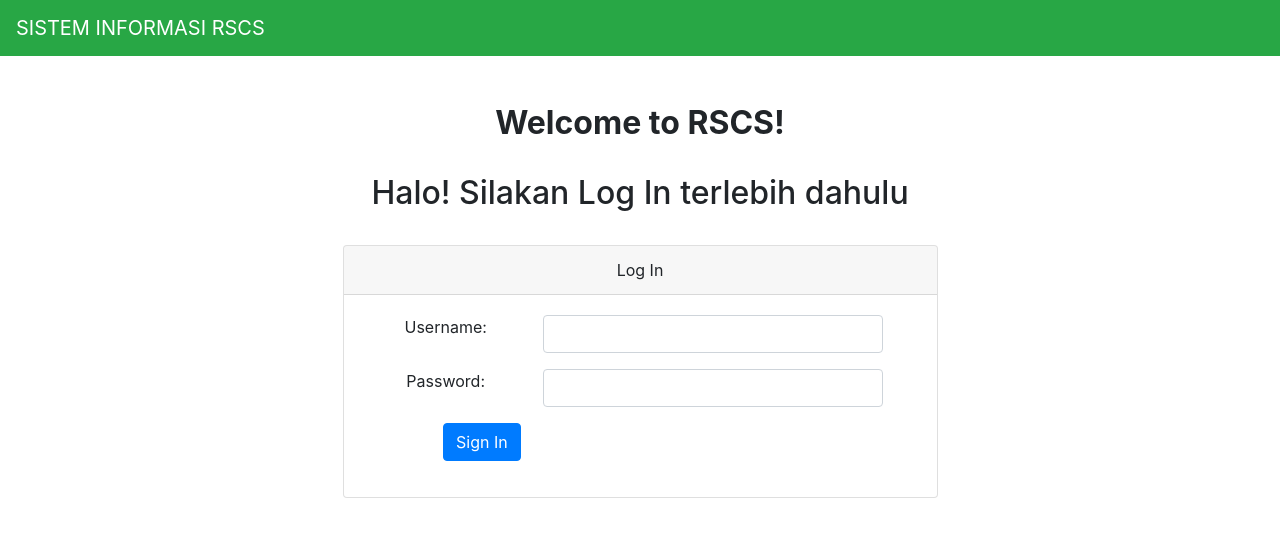
Repository: usamah1707/Tugas-Akhir-Kelompok-6
Page: http://localhost/login
An editor plug-in stored every save of this project. The page is shown before and after the next save, followed by the edit.
The browser window is 1280 px wide. The pictures show the whole page.
The page is this project's Thymeleaf template; nobody is signed in. The template is opened directly, without the code that normally fills it, so the values that code supplies are empty.

Above is the page before, as saved 2019-06-04 07:39:58.

### TA_6/src/main/resources/templates/login.html
<!DOCTYPE html>
<html xmlns:th="http://www.thymeleaf.org">

<head>
<title>Home</title>

<object th:include="fragments/fragment :: css" th:remove="tag"></object>
<object th:include="fragments/fragment :: js" th:remove="tag"></object>
</head>

<nav th:replace="fragments/login-frag :: navbar"></nav>

<body>
	<div class="container-fluid">

		<div class="row">
			<span class="col-md-3"></span>
			<div class="col-md-12">
				<br> &nbsp
				<h2 align="center">
					<strong>Welcome to RSCS!</strong>
				</h2>
				<br>
				<div class="row" align="center">
					<div class="col-md-12">

						<div class="container-fluid">
							<h2 align="center">Halo! Silakan Log In terlebih dahulu</h2>
							<br>
							<div class="row">
								<span class="col-md-3"></span>
								<div class="col-md-6">

									<div class="card">
										<div class="card-header">Log In</div>
										<div class="card-body">
											<div th:if="${param.error}">
												<span style="color: red">Invalid username or password</span>
											</div>
											<form th:action="@{/login}" method="POST">
												<div class="row form-group">
													<label class="col-sm-4">Username:</label> <input
														type="text" class="col-sm-7 form-control input-sm"
														name="username">
												</div>
												<div class="row form-group">
													<label class="col-sm-4">Password:</label> <input
														type="password" class="col-sm-7 form-control input-sm"
														name="password">
												</div>
												<div class="row form-group">


													&nbsp &nbsp &nbsp &nbsp &nbsp &nbsp &nbsp &nbsp &nbsp &nbsp &nbsp
													<button type="submit" class="btn btn-primary"
														align="center">Sign In</button>
												</div>
											</form>
											<div class="container-fluid"></div>
										</div>
									</div>
								</div>
							</div>
</body>

</html>

### TA_6/src/main/resources/templates/fragments/fragment.html
<!DOCTYPE html>
<html xmlns:th="http://www.thymeleaf.org">

<head>
    <title>Home</title>
	<head th:fragment="metas">
		<meta charset="utf-8">
    	<meta name="viewport" content="width=device-width, initial-scale=1, shrink-to-fit=no">
	</head>
    <head th:fragment="css">
    	<link rel="stylesheet" th:href="@{/css/style.css}">
        <link rel="stylesheet" th:href="@{/css/bootstrap.min.css}">

    </head>

    <head th:fragment="js">
    	<script
  src="https://code.jquery.com/jquery-3.3.1.js"
  integrity="sha256-2Kok7MbOyxpgUVvAk/HJ2jigOSYS2auK4Pfzbm7uH60="
  crossorigin="anonymous"></script>
        <script th:src="@{/js/bootstrap.min.js}"></script>
    </head>
</head>

<body>
    <nav th:fragment="navbar" class="navbar navbar-expand-lg navbar-dark bg-success">
        <a class="navbar-brand" th:href="@{/}">RSCS</a>
        <div class="collapse navbar-collapse" id="navbarSupportedContent">
            <ul class="navbar-nav mr-auto">
                <li class="nav-item active">
                    <a class="nav-link" th:href="@{/}">Home</a>
                </li>

                <li class="nav-item active">
                    <a class="nav-link" th:href="@{/lab/kebutuhan}">Reagen</a>
                </li>
                 <li class="nav-item active">
                    <a class="nav-link" th:href="@{/lab/pemeriksaan}">Lab</a>
                </li>
                <li class="nav-item active">
                    <a class="nav-link" th:href="@{/lab/jadwal-jaga/view}">Jadwal Jaga</a>
                </li>
                 <li class="nav-item active">
                    <a class="nav-link" th:href="@{/lab/stok}">Stock Lab</a>
                </li>
            </ul>
            <ul class="navbar-nav pull-right">
            	<li class="nav-item active">
            		<a class="nav-link" th:href="@{/logout}">Logout</a>
            	</li>
            </ul>
        </div>
    </nav>
</body>

</html>

### TA_6/src/main/resources/templates/fragments/login-frag.html
<!DOCTYPE html>
<html xmlns:th="http://www.thymeleaf.org">

<head>
    <title>Home</title>
    <head th:fragment="metas">
        <meta charset="utf-8">
        <meta name="viewport" content="width=device-width, initial-scale=1, shrink-to-fit=no">
    </head>
    <head th:fragment="css">
        <link rel="stylesheet" th:href="@{/css/style.css}">
        <link rel="stylesheet" th:href="@{/css/bootstrap.min.css}">

    </head>

    <head th:fragment="js">
        <script
                src="https://code.jquery.com/jquery-3.3.1.js"
                integrity="sha256-2Kok7MbOyxpgUVvAk/HJ2jigOSYS2auK4Pfzbm7uH60="
                crossorigin="anonymous"></script>
        <script th:src="@{/js/bootstrap.min.js}"></script>
    </head>
</head>

<body>
<nav th:fragment="navbar" class="navbar navbar-expand-lg navbar-dark bg-success">
    <a class="navbar-brand" style="text-align-all: center" th:href="@{/}">SISTEM INFORMASI RSCS</a>
</nav>
</body>

</html>

### TA_6/src/main/resources/static/css/style.css
body {
  background: #34495e;
  font: normal 300 18px "Roboto", sans-serif;
}

#menu-nav {
  max-width: 1000px;
  margin: 130px auto;
  background-color: #ecf0f1;
  border-radius: 4px;
  box-shadow: 0 2px 5px rgba(0, 0, 0, 0.3);
}

#navigation-bar ul {
  border-radius: 4px;
  overflow: hidden;
}
#navigation-bar li {
  float: left;
  width: 20%;
}
#navigation-bar li:hover a::before {
  right: 0;
  left: 0;
}
#navigation-bar a {
  color: #848484;
  font-size: 20px;
  text-decoration: none;
  text-align: center;
  padding: 20px 0;
  display: block;
  position: relative;
  transition: all 0.3s ease;
}
#navigation-bar a:hover {
  color: #e74c3c;
}
#navigation-bar a::before {
  content: "";
  transition: all 0.4s ease-in-out;
  position: absolute;
  right: 50%;
  left: 50%;
  bottom: 0;
  height: 2px;
  background-color: #e74c3c;
}
#navigation-bar a:hover::before {
  right: 0;
  left: 0;
}

li {
	list-style: none;
}

Loaded but not shown: TA_6/src/main/resources/static/css/bootstrap.min.css (library); TA_6/src/main/resources/static/js/bootstrap.min.js (library)

After the next save:
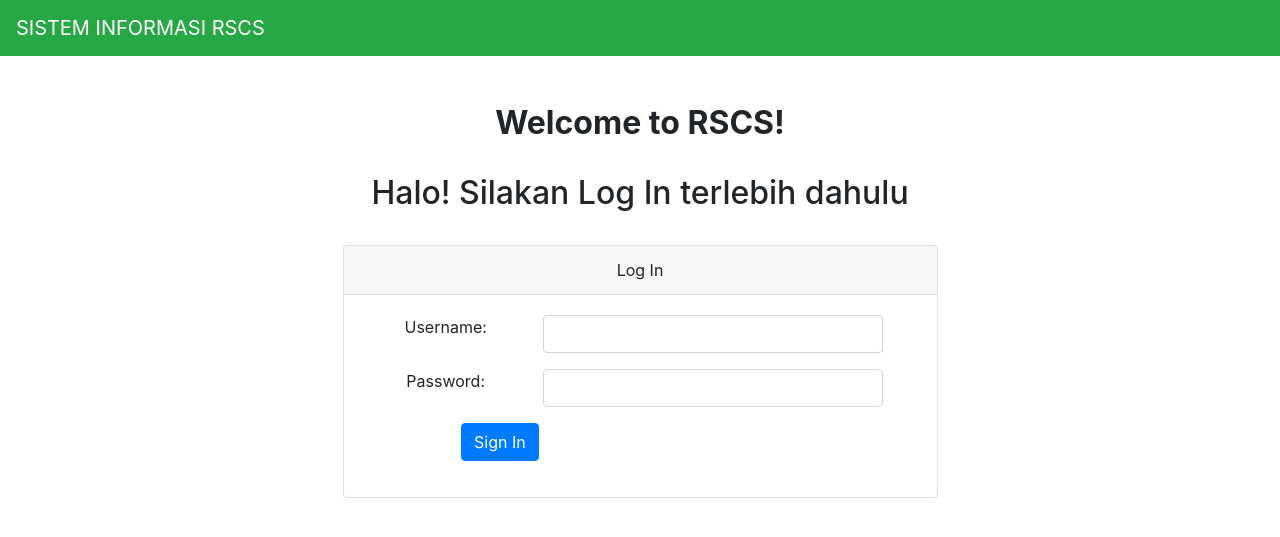
Saved 7 s later.
--- a/TA_6/src/main/resources/templates/login.html
+++ b/TA_6/src/main/resources/templates/login.html
@@ -51,7 +51,7 @@
 												<div class="row form-group">
 
 
-													&nbsp &nbsp &nbsp &nbsp &nbsp &nbsp &nbsp &nbsp &nbsp &nbsp &nbsp
+													&nbsp &nbsp &nbsp &nbsp &nbsp &nbsp &nbsp &nbsp &nbsp &nbsp &nbsp &nbsp &nbsp
 													<button type="submit" class="btn btn-primary"
 														align="center">Sign In</button>
 												</div>
